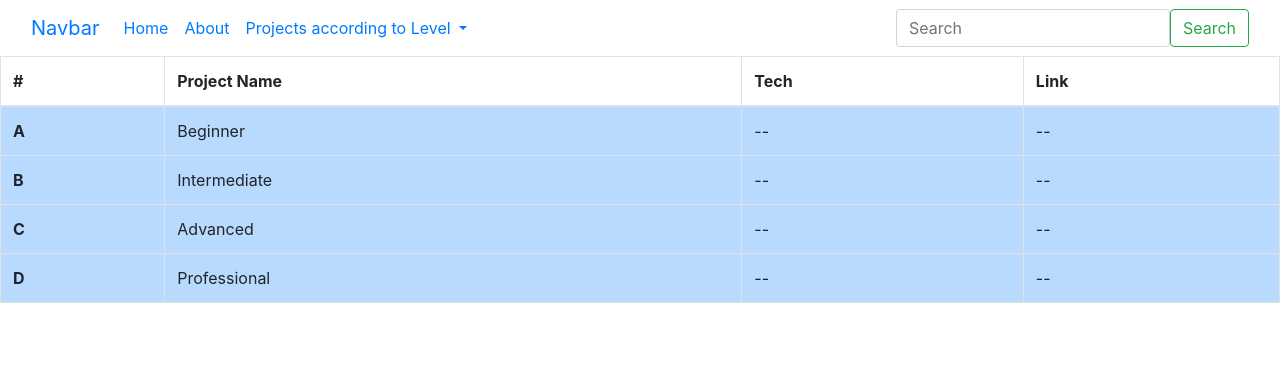
Repository: VictoriousMango/100-Python-Project
Page: index.html
An editor plug-in stored every save of this project. The page is shown before and after the next save, followed by the edit.
The browser window is 1280 px wide. The pictures show the whole page.

Above is the page before, as saved 2024-05-18 01:48:37.

### index.html
<!doctype html>
<html lang="en">
  <head>
    <!-- Required meta tags -->
    <meta charset="utf-8">
    <meta name="viewport" content="width=device-width, initial-scale=1, shrink-to-fit=no">

    <!-- Bootstrap CSS -->
    <link rel="stylesheet" href="https://cdn.jsdelivr.net/npm/bootstrap@4.0.0/dist/css/bootstrap.min.css" integrity="sha384-Gn5384xqQ1aoWXA+058RXPxPg6fy4IWvTNh0E263XmFcJlSAwiGgFAW/dAiS6JXm" crossorigin="anonymous">
    <!-- Bootstrap JS -->
    <script src="https://cdn.jsdelivr.net/npm/@popperjs/core@2.11.8/dist/umd/popper.min.js" integrity="sha384-I7E8VVD/ismYTF4hNIPjVp/Zjvgyol6VFvRkX/vR+Vc4jQkC+hVqc2pM8ODewa9r" crossorigin="anonymous"></script>
    <script src="https://cdn.jsdelivr.net/npm/bootstrap@5.3.3/dist/js/bootstrap.min.js" integrity="sha384-0pUGZvbkm6XF6gxjEnlmuGrJXVbNuzT9qBBavbLwCsOGabYfZo0T0to5eqruptLy" crossorigin="anonymous"></script>
    <title>100 Python Project</title>
  </head>
  <body>
    <nav class="navbar navbar-expand-lg bg-body-tertiary">
      <div class="container-fluid">
        <a class="navbar-brand" href="#">Navbar</a>
        <button class="navbar-toggler" type="button" data-bs-toggle="collapse" data-bs-target="#navbarSupportedContent" aria-controls="navbarSupportedContent" aria-expanded="false" aria-label="Toggle navigation">
          <span class="navbar-toggler-icon"></span>
        </button>
        <div class="collapse navbar-collapse" id="navbarSupportedContent">
          <ul class="navbar-nav me-auto mb-2 mb-lg-0">
            <li class="nav-item">
              <a class="nav-link active" aria-current="page" href="#">Home</a>
            </li>
            <li class="nav-item">
              <a class="nav-link" href="#">About</a>
            </li>
            <li class="nav-item dropdown">
              <a class="nav-link dropdown-toggle" href="#" role="button" data-bs-toggle="dropdown" aria-expanded="true ">
                Projects according to Level
              </a>
              <ul class="dropdown-menu">
                <li><a class="dropdown-item" href="#Beginner">Beginner</a></li>
                <li><a class="dropdown-item" href="#Intermediate">Intermediate</a></li>
                <li><a class="dropdown-item" href="#Advanced">Advanced</a></li>
                <li><a class="dropdown-item" href="#Professional">Professional</a></li>
              </ul>
            </li>
          </ul>
        </div>
          <form class="d-flex" role="search">
            <input class="form-control me-2" type="search" placeholder="Search" aria-label="Search">
            <button class="btn btn-outline-success" type="submit">Search</button>
          </form>
      </div>
    </nav>


    <!-- Tabular Entry Start -->
    <table class="table table-bordered table-striped table table-hover">
      <thead>
        <tr>
          <th scope="col">#</th>
          <th scope="col">Project Name</th>
          <th scope="col">Tech</th>
          <th scope="col">Link</th>
        </tr>
      </thead>
      <tbody>
        <!-- Beginner Projects -->
        <div class="Beginner" id="Beginner">
          <tr class="table-primary">
            <th scope="row">A</th>
            <td>Beginner</td>
            <td> -- </td>
            <td> -- </td>
          </tr>
        </div>

        <!-- Intermediate Project Links -->
        <div class="Intermediate" id="Intermediate">
          <tr class="table-primary">
            <th scope="row">B</th>
            <td>Intermediate</td>
            <td> -- </td>
            <td> -- </td>
          </tr>
        </div>

        <!-- Advanced Project Links -->
        <div class="Advanced" id="Advanced">
          <tr class="table-primary">
            <th scope="row">C</th>
            <td>Advanced</td>
            <td> -- </td>
            <td> -- </td>
          </tr>
        </div>

        <!-- Professional Links -->
        <div class="Professional" id="Professional">
          <tr class="table-primary">
            <th scope="row">D</th>
            <td>Professional</td>
            <td> -- </td>
            <td> -- </td>
          </tr>
        </div>

      </tbody>
    </table>
    <!-- Tabular Entry End -->

  </body>
</html>

After the next save:
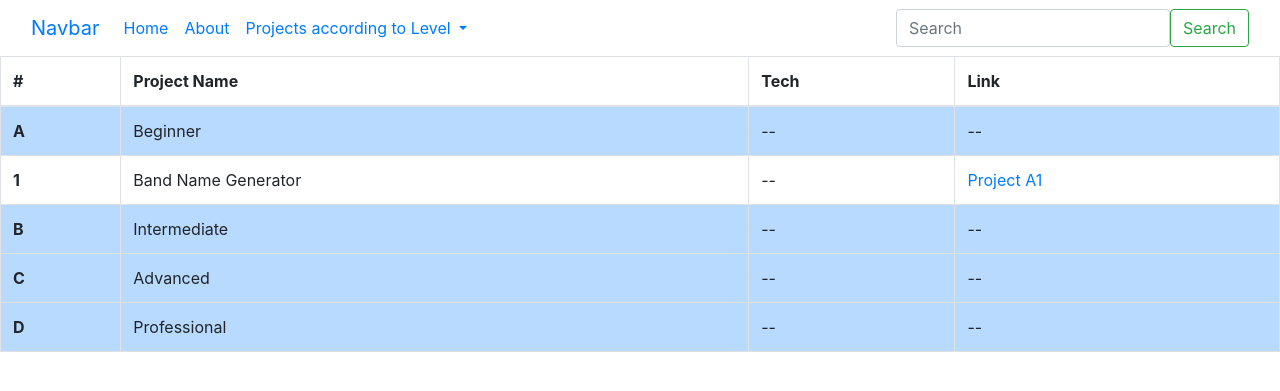
Saved 50 min 2 s later.
--- a/index.html
+++ b/index.html
@@ -67,6 +67,14 @@
             <td> -- </td>
             <td> -- </td>
           </tr>
+          <tr>
+            <th scope="row">1</th>
+            <td>Band Name Generator</td>
+            <td> -- </td>
+            <td>
+              <a href="https://100-python-projectg-rawnndldtq3zp8qrhnm8qe.streamlit.app/Band_Name_Generator">Project A1</a>
+            </td>
+          </tr>
         </div>
 
         <!-- Intermediate Project Links -->
